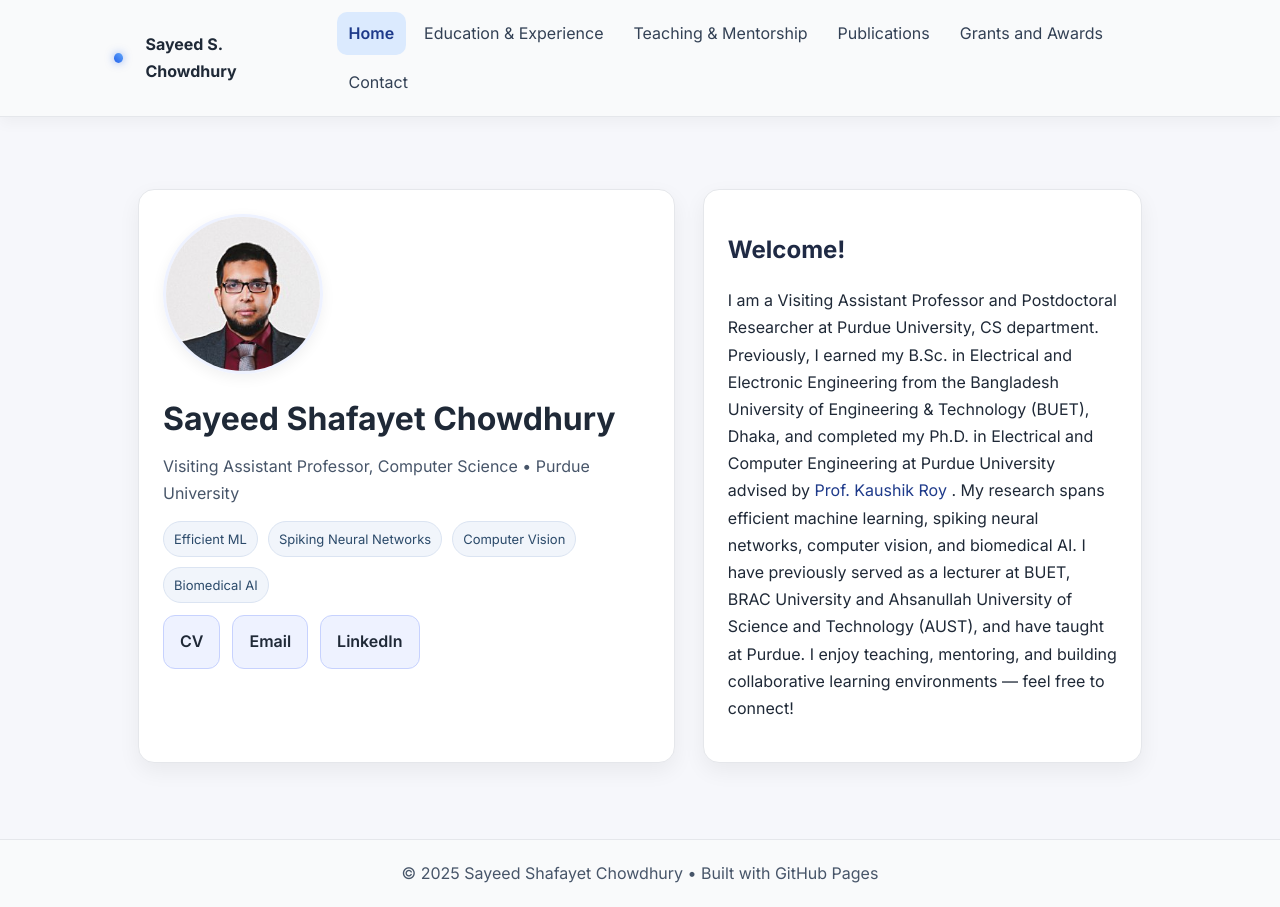
Repository: SayeedChowdhury/SayeedChowdhury.github.io
Page: index.html
These files come from the project's save history. The page is drawn as it stood at one moment and after the next save; the edit follows.
The browser window is 1280 px wide. The pictures show the whole page.

Above is the page before, as saved 2025-08-13 15:55:13.

After the next save:
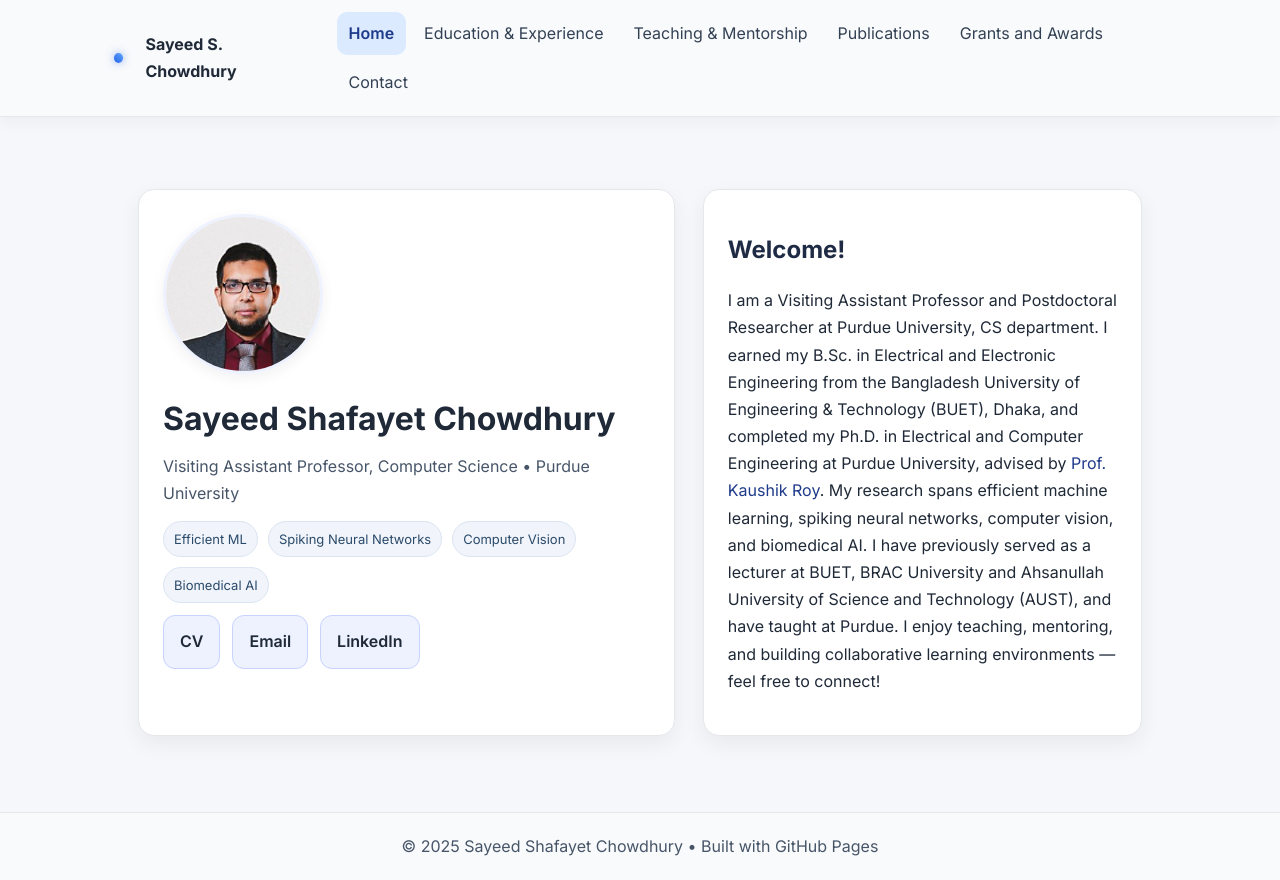
Saved 34 h 44 min later.
--- a/index.html
+++ b/index.html
@@ -53,11 +53,10 @@
     <h2>Welcome!</h2>
     <p>
         I am a Visiting Assistant Professor and Postdoctoral Researcher at Purdue University, CS department.
-        Previously, I earned my B.Sc. in Electrical and Electronic Engineering from the
-        Bangladesh University of Engineering & Technology (BUET), Dhaka, and completed my Ph.D. in Electrical and Computer Engineering at Purdue University advised by
+        I earned my B.Sc. in Electrical and Electronic Engineering from the
+        Bangladesh University of Engineering & Technology (BUET), Dhaka, and completed my Ph.D. in Electrical and Computer Engineering at Purdue University, advised by
         <a href="https://scholar.google.com/citations?user=to4P8KgAAAAJ&hl=en" target="_blank" rel="noopener">
-            Prof. Kaushik Roy
-        </a>.
+            Prof. Kaushik Roy</a>.
         My research spans efficient machine learning, spiking neural networks, computer vision, and biomedical AI.
         I have previously served as a lecturer at BUET, BRAC University and Ahsanullah University of Science and Technology (AUST), and have taught at Purdue.
         I enjoy teaching, mentoring, and building collaborative learning environments — feel free to connect!
